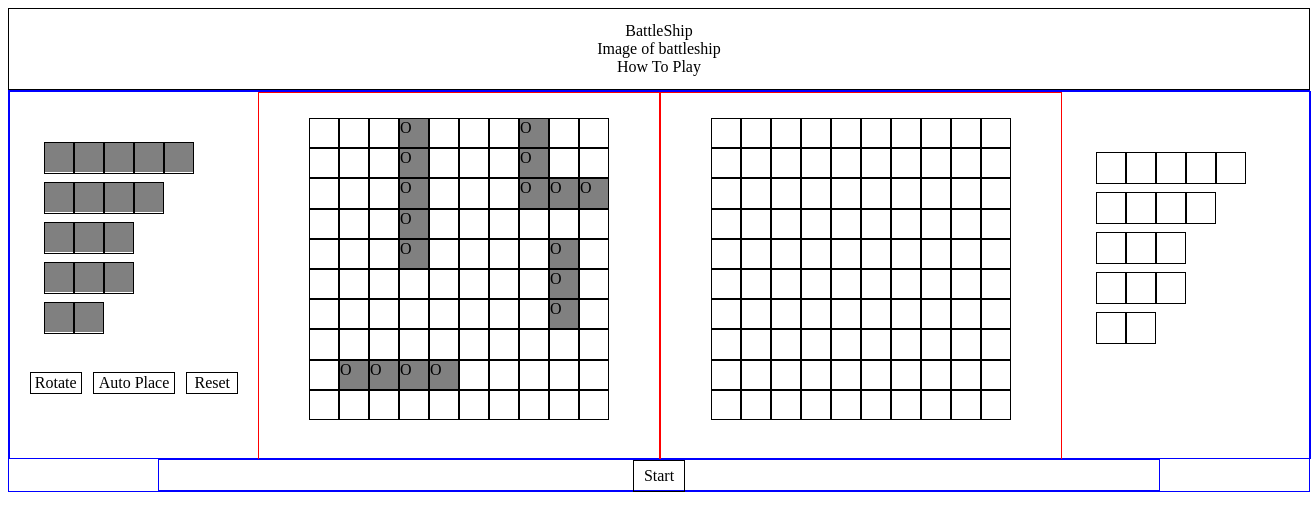
Repository: J-Haze/BattleshipApp
Page: /, after clicking the first element matching `#auto-place`
These files come from the project's save history. The page is drawn as it stood at one moment and after the next save; the edit follows.
The browser window is 1280 px wide. The page is 1311 px wide, so the pictures cover 1311 px, including what lies to the right of the window. The pictures show the whole page.
The project was rebuilt for these pictures with package versions that can differ from the ones it lists, and the page was loaded fresh each time. Also part of the build but not shown: src/index.css.

Above is the page before, as saved 2020-09-25 19:30:20.

### src/App.js
import React from "react";
import "./App.css";
import Game from "./Components/Game";
import Header from "./Components/Header"
// import { ProgressPlugin } from "webpack";

//test

function App() {
  return (
    <div className="App">
      <Header />
      <Game />
    </div>
  );
}

export default App;

### src/App.css
/* test */
:root{
    --black: #1B262C;
}


header {
    border: 1px solid black;

    display: flex;
    flex-direction: column;
    justify-content: center;
    align-items: center;
    margin-left: auto;
    margin-right: auto;
    width: 1300px;
    height: 80px;

}

/* div {
    border: 1px solid black;
} */

#how-to:hover{
    cursor: pointer;
}

#game{
    width: 1300px;
    height: 400px;
    display: flex;
    flex-direction: column;
    border: 1px solid blue;
    margin-left: auto;
    margin-right: auto;
}

.column{
    width: 400px;
    height: 100%;
    border: 1px solid red;
}

.board{
    height: 300px;
    width: 300px;
    margin-left: auto;
    margin-right: auto;
    margin-top: 25px;

    display: grid;
    grid-template-columns: repeat(1, 1fr);
    grid-template-rows: repeat(10, 1fr);
    gap: 2px;
}

.row{
    display: flex;
    /* height: 30px; */
    height: 1fr;
    width: 1fr;
}

.square{
    /* height: 100%;
    width: 10%; */
    display: flex;
    height: 100%;
    width: 10%;
    border: 1px solid black;
}

.ship{
    background-color:gray;
    height: 100%;
    width: 100%;
}

.hit{
    background-color:red;
    height: 100%;
    width: 100%;
}

.miss{
    background-color:lightblue;
    height: 100%;
    width: 100%;
}

.sunk{
    background-color:black;
    height: 100%;
    width: 100%;
}

.empty{
    /* background-color: yellow; */
    height: 100%;
    width: 100%;
}

.clickable:hover{
    background-color: rgb(205, 205, 205);
    cursor: pointer;
}

#top-row{
    display: flex;
    width: 1300px;
    height: 400px;
    border: 1px solid blue;
    margin-left: auto;
    margin-right: auto;
}

#bottom-row{
    display: flex;
    width: 1000px;
    height: 30px;
    border: 1px solid blue;
    margin-left: auto;
    margin-right: auto;
}

#start-button{
    margin-left: auto;
    margin-right: auto;
}

.fleet-square{
    width: 30px;
    height: 30px;
    border: 1px solid black;
}

.fleet-horizontal{
    height: 220px;
    width: 220px;
    margin-top: 50px;
    margin-left: auto;
    margin-right: auto;
}

.ship-harbor-horizontal{
    display: flex;
    height: 30px;
    margin-top: 10px;
    margin-left: 20px;
    border: none;
}

.carrier-horizontal{
    width: 150px;
}

.battleship-horizontal{
    width: 120px;
}

.cruiser-horizontal{
    width: 90px;
}

.submarine-horizontal{
    width: 90px;
}

.destroyer-horizontal{
    width: 60px;
}

.fleet-vertical{
    display: flex;
    height: 220px;
    width: 220px;
    margin-top: 50px;
    margin-left: auto;
    margin-right: auto;
}

.ship-harbor-vertical{
    display: flex;
    flex-direction: column;
    width: 30px;
    margin-left: 10px;
    margin-top: 50px;
    border: none;
}

.carrier-vertical{
    height: 150px;
}

.battleship-vertical{
    height: 120px;
}

.cruiser-vertical{
    height: 90px;
}

.submarine-vertical{
    height: 90px;
}

.destroyer-vertical{
    height: 60px;
}

.toggle{
    background-color: gray;
}

.boat-placed{
    background-color: black;
    width: 30px;
    height: 30px;
    border: 1px solid black;
}

#setup{
    margin-left: auto;
    margin-right: auto;
}

#setup-buttons{
    display: flex;
    margin-top: 10px;
}

.btn{
    height: 20px;
    display: flex;
    justify-content: center;
    align-items: center;
    margin-left: auto;
    margin-right: auto;
    border: 1px solid black;
}

.btn:hover{
    cursor: pointer;
}

#rotate{
    width: 50px;
}

#auto-place{
    width: 80px;
}

#reset{
    width: 50px;
}

#start-button{
    border: 1px solid black;
    display: flex;
    justify-content: center;
    align-items: center;
    width: 50px;
    height: 30px;
}

#start-button:hover{
    cursor: pointer;
}

### src/Components/Header.js
import React from "react"
// import shipFactory from "../factories/ship"
// import gameboardFactory from "../factories/gameboard"
// import player from "../factories/player"


function Header() {
    return (
        <header>
            <div>BattleShip</div>
            <div> Image of battleship </div>
            <div id="how-to"> How To Play </div>
        </header>
    )
}


export default Header;

### src/factories/ship.js

const shipFactory = (shipLength) => {
    const shipNames = {
        1: 'Submarine',
        2: 'Destroyer',
        3: 'Cruiser',
        4: 'Battleship',
        5: 'Carrier',
    };

    const name = shipNames[shipLength];

    if (shipLength == 1) {
        shipLength = 3;
    }


    let ship = [];
    for (let i = 0; i < shipLength; i++) {
        ship.push([false, i, name])
    }

    let hit = (hitLocation) => {
        ship[hitLocation] = [true, hitLocation, name];
        console.log("Hit!", ship)
        console.log(`You've hit my ${name}`)
        // console.log("hits length", hit.length)
        // console.log("ship.length", ship.length)
        return ship
    }

    let isSunk = () => {
        let sunkStatus = false
        ship[0][0] == true ? sunkStatus = true : sunkStatus = false
        for (let square in ship) {
            // console.log("ship:", ship)
            // console.log(ship[square])
            sunkStatus = (ship[square][0] && sunkStatus)
        }
        // let sunkStatus = ship[0].every(Boolean);
        return sunkStatus
    }

    return {
        //id,
        name,
        shipLength,
        ship,
        hit,
        isSunk
    }
}

// const destroyer = shipFactory(2)
// const cruiser = shipFactory(3)
// const battleship = shipFactory(4)
// const carrier = shipFactory(5)

export default shipFactory;

//export default {shipFactory, destroyer, cruiser, battleship, carrier}

//Comment out with not testing
// module.exports = shipFactory;

### src/factories/player.js
// import shipFactory from "./ship"
import gameboardFactory from "./gameboard"

const player = (playerName) => {
    // const submarine = shipFactory(1)
    // const destroyer = shipFactory(2)
    // const cruiser = shipFactory(3)
    // const battleship = shipFactory(4)
    // const carrier = shipFactory(5)
    const getBoard = gameboardFactory();
    const gameboard = getBoard;
    let attackCoord = 100;
    let index = 100;

    const squaresToGuess = [];

    for (let i = 0; i <= 99; i++) {
        squaresToGuess.push(i);
    }
    // console.log(squaresToGuess)

    //Randomly sends an attack
    const sendAttack = (coord) => {
        // if (playerName == "Computer") {
        // }
        // console.log("yes", playerName)
        if (playerName == "Player") {
            attackCoord = coord;
            index = squaresToGuess.indexOf(attackCoord);
            squaresToGuess.splice(index, 1);
        } else {
            // console.log("s2g", squaresToGuess.length - 1)
            attackCoord = Math.floor(Math.random() * (squaresToGuess.length - 1));
            index = squaresToGuess.indexOf(attackCoord);
            squaresToGuess.splice(index, 1);
            // console.log("index:", index)
        }

        // console.log({ attackCoord })
        // console.log("squares to guess:", squaresToGuess)
        return attackCoord
    }



    //send attack will take coordinates and "send an attack" to the OPPOSING board
    //Need to make sure it has an array of 0-99 and takes away the guessed numbers from that array.
    //random between 0 and array.length

    return {
        gameboard,
        squaresToGuess,
        sendAttack
    }
}








export default player;

### src/Components/Board.js
import React, { useState, useEffect } from "react"
// import shipFactory from "../factories/ship"
// import gameboardFactory from "../factories/gameboard"
// import player from "../factories/player"
// import Square from "./Square.js"
import Row from "./Row.js"
// import Player from "./Player.js"

function Board(props) {
    let { id, board, phase, boardID, handlePlaceShip, update } = props;

    const [rowState, setRows] = useState([]);

    // let rows = [];


    useEffect(() => {
        let rows = [];
        for (let i = 0; i < board.length; i += 10) {
            rows.push(board.slice(i, i + 10));
        }
        setRows(rows);
    }, [update]
    );



    return (
        <div id={id} className="board">
            {/* {squareItems} */}
            {rowState.map((row, i) => {
                return (
                    <Row
                        key={i}
                        roww={i}
                        rowObj={row}
                        phase={phase}
                        boardID={boardID}
                        handlePlaceShip={handlePlaceShip}
                    // position={[i, j]}
                    // position={square}
                    // key={square.}
                    // key={book.title}
                    // book={book}
                    // handleDelete={handleDelete}
                    // toggleRead={toggleRead}
                    // toggleReading={toggleReading}
                    // toggleNotRead={toggleNotRead}
                    />
                );
            })
            }
        </div>
    )
}

export default Board;

### src/Components/Row.js
import React, { useState, useEffect } from "react"
// import shipFactory from "../factories/ship"
// import gameboardFactory from "../factories/gameboard"
// import player from "../factories/player"
import Square from "./Square"

function Row(props) {
    let { roww, rowObj, handleClick, phase, boardID, handlePlaceShip, update } = props;


    useEffect(() => {
        rowObj = rowObj;
    },
        [update]
    );

    return (
        <div className="row">
            {rowObj.map((square, j) => {
                return (
                    <Square
                        key={j}
                        row={roww}
                        col={j}
                        squareObj={square}
                        handleClick={handleClick}
                        phase={phase}
                        boardID={boardID}
                        handlePlaceShip={handlePlaceShip}
                    />
                );
            })
            }
        </div>
    )
};
export default Row;

### src/Components/PlayerFleet.js
import React, { useState, useEffect } from "react"

function PlayerFleet(props) {

    let toggledCarrier = "";
    let toggledBattleship = "";
    let toggledCruiser = "";
    let toggledSubmarine = "";
    let toggledDestroyer = "";

    let carrierClass = "fleet-square";
    let battleshipClass = "fleet-square";
    let cruiserClass = "fleet-square";
    let submarineClass = "fleet-square";
    let destroyerClass = "fleet-square";

    let carrierClickable = "clickable";
    let battleshipClickable = "clickable";
    let cruiserClickable = "clickable";
    let submarineClickable = "clickable";
    let destroyerClickable = "clickable";

    // useEffect(() => {
    //     console.log("boatsPlaced:", props.boatsPlaced)
    // }, [props.boatsPlaced, props.update]
    // );

    if (props.placingShip == "carrier" || props.boatsPlaced.includes("carrier")) {
        toggledCarrier = " toggle";
    } else {
        toggledCarrier = "";
    };

    if (props.placingShip == "battleship" || props.boatsPlaced.includes("battleship")) {
        toggledBattleship = " toggle";
    } else {
        toggledBattleship = "";
    };

    if (props.placingShip == "cruiser" || props.boatsPlaced.includes("cruiser")) {
        toggledCruiser = " toggle";
    } else {
        toggledCruiser = "";
    };

    if (props.placingShip == "submarine" || props.boatsPlaced.includes("submarine")) {
        toggledSubmarine = " toggle";
    } else {
        toggledSubmarine = "";
    };

    if (props.placingShip == "destroyer" || props.boatsPlaced.includes("destroyer")) {
        toggledDestroyer = " toggle";
    } else {
        toggledDestroyer = "";
    };

    if (props.boatsPlaced.includes("carrier")) {
        carrierClickable = "";
    } else {
        carrierClickable = "clickable"
    }

    if (props.boatsPlaced.includes("battleship")) {
        battleshipClickable = "";
    } else {
        battleshipClickable = "clickable"
    }

    if (props.boatsPlaced.includes("cruiser")) {
        cruiserClickable = "";
    } else {
        cruiserClickable = "clickable"
    }

    if (props.boatsPlaced.includes("submarine")) {
        submarineClickable = "";
    } else {
        submarineClickable = "clickable"
    }

    if (props.boatsPlaced.includes("destroyer")) {
        destroyerClickable = "";
    } else {
        destroyerClickable = "clickable"
    }

    //fleet-square, toggled, placed
    let squareClass = "fleet-square";


    if (props.orient == "horizontal") {
        return (
            <div id={props.id} className="fleet-horizontal" >
                <div className={`carrier-horizontal ${carrierClickable} ship-harbor-horizontal${toggledCarrier}`} onClick={() => props.togglePlacement("carrier")}>
                    <div className={carrierClass}></div>
                    <div className={carrierClass}></div>
                    <div className={carrierClass}></div>
                    <div className={carrierClass}></div>
                    <div className={carrierClass}></div>
                </div>
                <div className={`battleship-horizontal ${battleshipClickable} ship-harbor-horizontal${toggledBattleship}`} onClick={() => props.togglePlacement("battleship")}>
                    <div className={battleshipClass}></div>
                    <div className={battleshipClass}></div>
                    <div className={battleshipClass}></div>
                    <div className={battleshipClass}></div>
                </div>
                <div className={`cruiser-horizontal ${cruiserClickable} ship-harbor-horizontal${toggledCruiser}`} onClick={() => props.togglePlacement("cruiser")}>
                    <div className={cruiserClass}></div>
                    <div className={cruiserClass}></div>
                    <div className={cruiserClass}></div>
                </div>
                <div className={`submarine-horizontal ${submarineClickable} ship-harbor-horizontal${toggledSubmarine}`} onClick={() => props.togglePlacement("submarine")}>
                    <div className={submarineClass}></div>
                    <div className={submarineClass}></div>
                    <div className={submarineClass}></div>
                </div>
                <div className={`destroyer-horizontal ${destroyerClickable} ship-harbor-horizontal${toggledDestroyer}`} onClick={() => props.togglePlacement("destroyer")}>
                    <div className={destroyerClass}></div>
                    <div className={destroyerClass}></div>
                </div>
            </div >
        )
    } else {
        return (
            <div id={props.id} className="fleet-vertical" >
                <div className={`carrier-vertical ${carrierClickable} ship-harbor-vertical${toggledCarrier}`} onClick={() => props.togglePlacement("carrier")} >
                    <div className={carrierClass}></div>
                    <div className={carrierClass}></div>
                    <div className={carrierClass}></div>
                    <div className={carrierClass}></div>
                    <div className={carrierClass}></div>
                </div>
                <div className={`battleship-vertical ${battleshipClickable} ship-harbor-vertical${toggledBattleship}`} onClick={() => props.togglePlacement("battleship")} >
                    <div className={battleshipClass}></div>
                    <div className={battleshipClass}></div>
                    <div className={battleshipClass}></div>
                    <div className={battleshipClass}></div>
                </div>
                <div className={`cruiser-vertical ${cruiserClickable} ship-harbor-vertical${toggledCruiser}`} onClick={() => props.togglePlacement("cruiser")} >
                    <div className={cruiserClass}></div>
                    <div className={cruiserClass}></div>
                    <div className={cruiserClass}></div>
                </div>
                <div className={`submarine-vertical ${submarineClickable} ship-harbor-vertical${toggledSubmarine}`} onClick={() => props.togglePlacement("submarine")} >
                    <div className={submarineClass}></div>
                    <div className={submarineClass}></div>
                    <div className={submarineClass}></div>
                </div>
                <div className={`destroyer-vertical ${destroyerClickable} ship-harbor-vertical${toggledDestroyer}`} onClick={() => props.togglePlacement("destroyer")} >
                    <div className={destroyerClass}></div>
                    <div className={destroyerClass}></div>
                </div>
            </div >
        )
    }


};

export default PlayerFleet;

### src/Components/Fleet.js
import React, { useState, useEffect } from "react"

function Fleet(props) {

    let sunkCarrier = "";
    let sunkBattleship = "";
    let sunkCruiser = "";
    let sunkSubmarine = "";
    let sunkDestroyer = "";

    if (props.boatsSunk.includes("Carrier")) {
        sunkCarrier = "sunk";
    } else {
        sunkCarrier = "";
    };

    if (props.boatsSunk.includes("Battleship")) {
        sunkBattleship = "sunk";
    } else {
        sunkBattleship = "";
    };

    if (props.boatsSunk.includes("Cruiser")) {
        sunkCruiser = "sunk";
    } else {
        sunkCruiser = "";
    };

    if (props.boatsSunk.includes("Submarine")) {
        sunkSubmarine = "sunk";
    } else {
        sunkSubmarine = "";
    };

    if (props.boatsSunk.includes("Destroyer")) {
        sunkDestroyer = "sunk";
    } else {
        sunkDestroyer = "";
    };

    return (
        <div id={props.id} className="fleet-horizontal" >
            <div className={`carrier-horizontal ship-harbor-horizontal ${sunkCarrier}`} >
                <div className="fleet-square"></div>
                <div className="fleet-square"></div>
                <div className="fleet-square"></div>
                <div className="fleet-square"></div>
                <div className="fleet-square"></div>
            </div>
            <div className={`battleship-horizontal ship-harbor-horizontal ${sunkBattleship}`} >
                <div className="fleet-square"></div>
                <div className="fleet-square"></div>
                <div className="fleet-square"></div>
                <div className="fleet-square"></div>
            </div>
            <div className={`cruiser-horizontal ship-harbor-horizontal ${sunkCruiser}`} >
                <div className="fleet-square"></div>
                <div className="fleet-square"></div>
                <div className="fleet-square"></div>
            </div>
            <div className={`submarine-horizontal ship-harbor-horizontal ${sunkSubmarine}`} >
                <div className="fleet-square"></div>
                <div className="fleet-square"></div>
                <div className="fleet-square"></div>
            </div>
            <div className={`destroyer-horizontal ship-harbor-horizontal ${sunkDestroyer}`} >
                <div className="fleet-square"></div>
                <div className="fleet-square"></div>
            </div>
        </div >
    )


};

export default Fleet;

### src/Components/Square.js
import React, { useState, useEffect } from "react"
// import shipFactory from "../factories/ship"
// import gameboardFactory from "../factories/gameboard"
// import player from "../factories/player"

function Square(props) {

    const id = (props.row * 10 + props.col)

    let attackClick = () => props.handleClick(id);
    let placementClick = () => props.handlePlaceShip(id);

    let placementMode = null;
    let playerAttack = null;

    if (props.phase == "setup") {
        placementMode = placementClick;
        playerAttack = null;
    } else if (props.phase == "playerTurn") {
        placementMode = null;
        playerAttack = attackClick;
    }

    let playerClickable = "";
    if (props.phase == "setup") {
        playerClickable = " clickable"
    } else {
        playerClickable = "";
    }

    let computerClickable = "";
    if (props.phase == "playerTurn") {
        computerClickable = "clickable"
    } else {
        computerClickable = "";
    }

    if (props.boardID == "player") {
        return (
            <div className="square">
                {(props.squareObj != null) ?
                    ((props.squareObj[0] == false) ?
                        (<div className="ship" key={id}>O</div>) :
                        (props.squareObj[0] == true) ?
                            (<div className="hit" key={id}>X</div>) :
                            (props.squareObj[0] == "sunk") ?
                                (<div className="sunk" key={id}>X</div>) :
                                (props.squareObj == "miss") ?
                                    (<div className="miss" key={id}>X</div>) :
                                    (<div>error</div>)) :
                    (<div className={`empty ${playerClickable}`} key={id} onClick={placementMode}></div>)
                }
            </div>
        )
    } else {
        return (
            <div className="square">
                {(props.squareObj != null) ?
                    ((props.squareObj[0] == false) ?
                        (<div className="ship" key={id} onClick={playerAttack}>O</div>) :
                        (props.squareObj[0] == true) ?
                            (<div className="hit" key={id}>X</div>) :
                            (props.squareObj[0] == "sunk") ?
                                (<div className="sunk" key={id}>X</div>) :
                                (props.squareObj == "miss") ?
                                    (<div className="miss" key={id}>X</div>) :
                                    (<div>error</div>)) :
                    (<div className={`empty ${computerClickable}`} key={id} onClick={playerAttack}></div>)
                }
            </div>
        )
    }


}

export default Square;

Loaded but not shown: public/index.html (common file); src/index.js (common file); src/serviceWorker.js (common file); src/Components/Game.js (267 lines, source omitted); src/factories/gameboard.js (218 lines, source omitted)

After the next save:
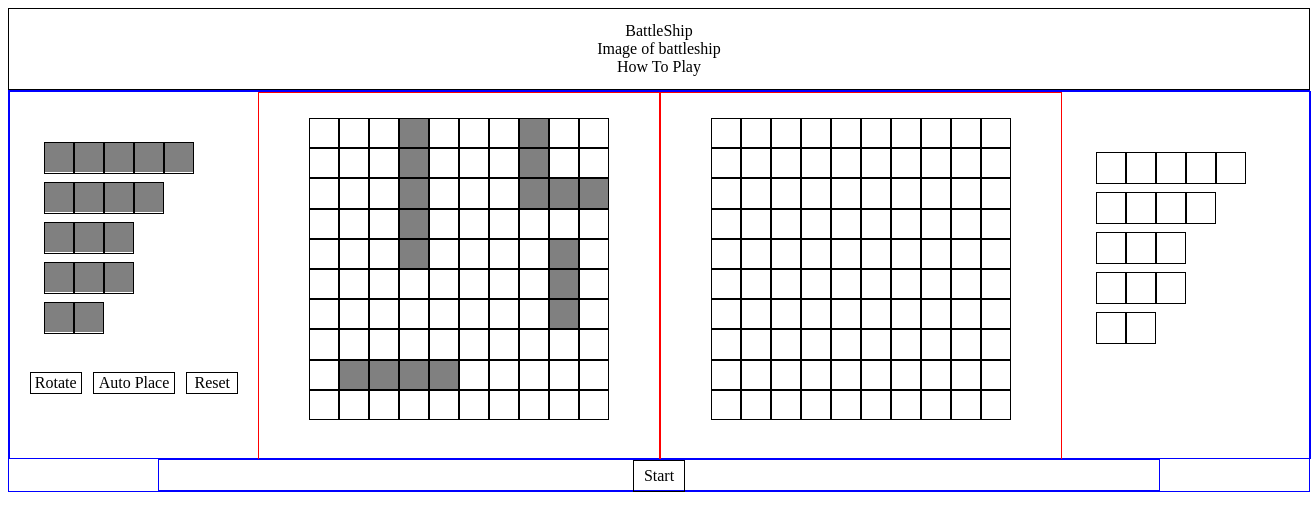
Saved 3 min 23 s later.
--- a/src/Components/Square.js
+++ b/src/Components/Square.js
@@ -40,7 +40,7 @@ function Square(props) {
             <div className="square">
                 {(props.squareObj != null) ?
                     ((props.squareObj[0] == false) ?
-                        (<div className="ship" key={id}>O</div>) :
+                        (<div className="ship" key={id}></div>) :
                         (props.squareObj[0] == true) ?
                             (<div className="hit" key={id}>X</div>) :
                             (props.squareObj[0] == "sunk") ?
@@ -57,7 +57,7 @@ function Square(props) {
             <div className="square">
                 {(props.squareObj != null) ?
                     ((props.squareObj[0] == false) ?
-                        (<div className="ship" key={id} onClick={playerAttack}>O</div>) :
+                        (<div className="ship" key={id} onClick={playerAttack}></div>) :
                         (props.squareObj[0] == true) ?
                             (<div className="hit" key={id}>X</div>) :
                             (props.squareObj[0] == "sunk") ?
